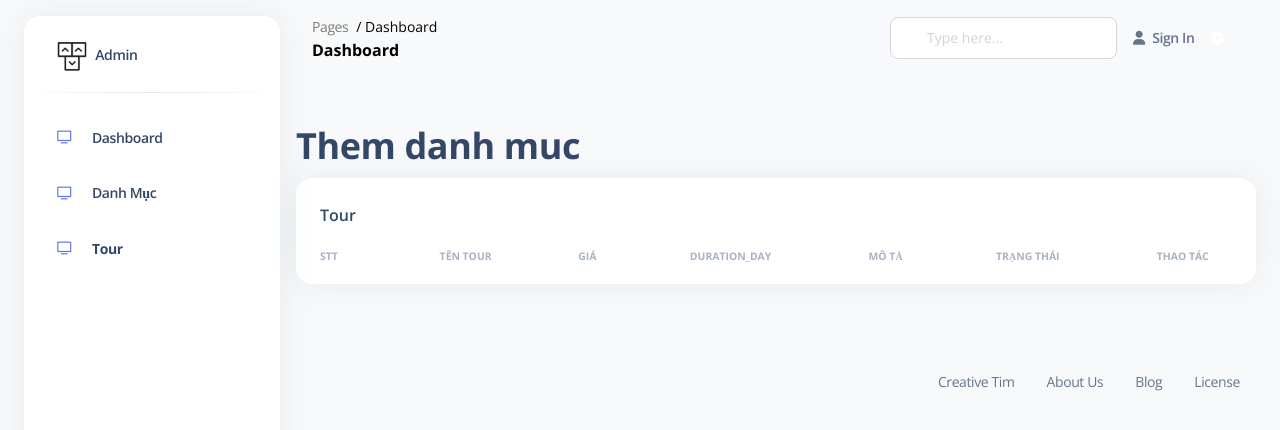
Repository: DODUCHUY195/du_an_1_nhom2
Page: http://localhost/du_an_11/app/index.php?route=/tours
The author's editor kept a copy of each file at every save. The page is drawn from the files as they stood at one save, then again after the next save.
The browser window is 1280 px wide. The pictures show the whole page.
Some web libraries are served in a nearby version. The page is run by PHP 8.4 with error messages shown; the project is at /var/www/html/. Queries for data that is not in the repository find no rows.

Above is the page before, as saved 2025-11-20 15:27:04.

### app/index.php

<?php
// DEV: hiển thị lỗi tạm thời để debug
ini_set('display_errors', 1);
error_reporting(E_ALL);

// start session
if (session_status() === PHP_SESSION_NONE) {
    session_start();
}

// định nghĩa APP_PATH trỏ tới /app
define('APP_PATH', __DIR__); // nếu file đang ở /app/admin thì APP_PATH -> .../du_an_11/app

// require các file chung
require_once APP_PATH . '/commons/env.php';
require_once APP_PATH . '/commons/function.php';





// ----- require tất cả models -----
$models = [
    APP_PATH . '/models/BaseModel.php',
    APP_PATH . '/models/Booking.php',
    APP_PATH . '/models/Category.php',
    APP_PATH . '/models/Guide.php',
    APP_PATH . '/models/Schedule.php',
    APP_PATH . '/models/Tour.php',
    APP_PATH . '/models/User.php',
];

foreach ($models as $mFile) {
    if (!file_exists($mFile)) {
        die("Required model not found: $mFile");
    }
    require_once $mFile;
}

// ----- require tất cả controllers -----
$controllers = [

    APP_PATH . '/controllers/BookingController.php',
    APP_PATH . '/controllers/AuthController.php',
    APP_PATH . '/controllers/BookingController.php',
    APP_PATH . '/controllers/CategoryController.php',
    APP_PATH . '/controllers/GuideController.php',
    APP_PATH . '/controllers/HomeController.php',
    APP_PATH . '/controllers/ScheduleController.php',
    APP_PATH . '/controllers/TourController.php',
];

foreach ($controllers as $cFile) {
    if (!file_exists($cFile)) {
        die("Required controller not found: $cFile");
    }
    require_once $cFile;
}

// tiếp phần route...


// ====== ROUTE: lấy từ query string, fallback /home ======
// gọi url như: index.php?route=/tours/create

$route = $_GET['route'] ?? null;
if ($route === null) {
    $uri = parse_url($_SERVER['REQUEST_URI'], PHP_URL_PATH);
    $base = rtrim(dirname($_SERVER['SCRIPT_NAME']), '/\\'); // /du_an_11/app/admin
    $route = '/' . trim(substr($uri, strlen($base)), '/');
}
$route = $route === '' ? '/home' : $route;

// Hàm helper: an toàn gọi controller->method
function callController($class, $method = 'index', $params = [])
{
    if (!class_exists($class)) {
        echo "Controller class '{$class}' không tồn tại.";
        return;
    }
    $c = new $class();
    if (!method_exists($c, $method)) {
        echo "Method '{$method}' không tồn tại trong {$class}.";
        return;
    }
    call_user_func_array([$c, $method], $params);
}

// ====== Router ======
switch ($route) {
    case '/user':
        callController('HomeController', 'user');
        break;
    case '/':
        callController('HomeController', 'home');
        break;
    case '/manager':
        callController('HomeController', 'manager');
        break;
    case '/login':
        callController('AuthController', 'login');
        break;
    case '/logout':
        callController('AuthController', 'logout');
        break;
    case '/register':
        callController('AuthController', 'register');
        break;

    case '/tours':
        callController('TourController', 'index');
        break;
    case '/tours/create':
        callController('TourController', 'create');
        break;
    case '/tours/edit':
        // lấy id từ GET: index.php?route=/tours/edit&id=123
        $id = $_GET['id'] ?? null;
        callController('TourController', 'edit', [$id]);
        break;

    case '/schedules':
        callController('ScheduleController', 'index');
        break;
    case '/schedules/create':
        callController('ScheduleController', 'create');
        break;
    case '/schedules/edit':
        $id = $_GET['id'] ?? null;
        callController('ScheduleController', 'edit', [$id]);
        break;

    case '/guides':
        callController('GuideController', 'index');
        break;
    case '/guides/create':
        callController('GuideController', 'create');
        break;
    case '/guides/edit':
        $id = $_GET['id'] ?? null;
        callController('GuideController', 'edit', [$id]);
        break;

    case '/categories':
        callController('CategoryController', 'index');
        break;
    case '/categories/addForm':
        callController('CategoryController', 'addForm');
        break;
    case '/categories/postAdd':
        callController('CategoryController', 'postAdd');
        break;
    case '/categories/postEdit':
        callController('CategoryController', 'postEdit');
        break;
    case '/categories/editForm':
        callController('CategoryController', 'editForm');
        break;
    case '/bookings':
        callController('BookingController', 'index');
        break;
    case '/bookings/create':
        callController('BookingController', 'create');
        break;

    case '/admin/bookings':
        callController('AdminBookingController', 'index');
        break;
    case '/admin/bookings/update':
        // update status thường nên dùng POST; lấy id/status từ POST
        callController('AdminBookingController', 'updateStatus', [$_POST ?? []]);
        break;

    default:
        echo "<h1>Welcome</h1><p><a href='?route=/tours'>Tours</a></p>";
}

### app/commons/env.php
<?php
define('BASE_URL', 'http://localhost/du_an_11/app/');
define('BASE_URL_ADMIN', 'http://localhost/du_an_11/admin/');

define('DB_HOST','localhost');
define('DB_PORT','3306');

define('DB_USERNAME','root');

define('DB_PASSWORD','');

define('DB_NAME','du_an_test');

define('PATH_ROOT', __DIR__ . '/../');

define('PATH_VIEW', __DIR__ . '/../views');

?>

### app/commons/function.php
<?php
function connectDB(){
    $host = DB_HOST;
    $port = DB_PORT;
    $dbname = DB_NAME;
    try{
        $conn = new PDO("mysql:host=$host;port=$port;dbname=$dbname", DB_USERNAME, DB_PASSWORD);
        $conn->setAttribute(PDO::ATTR_ERRMODE,PDO::ERRMODE_EXCEPTION);
        $conn->setAttribute(PDO::ATTR_DEFAULT_FETCH_MODE,PDO::FETCH_ASSOC);
        return $conn;
    }catch(PDOException $e){
        echo("Connection Failed:".$e->getMessage());
        return null;
    }
}

function uploadfile($file, $uploadDir){
    if ($file['error'] !== UPLOAD_ERR_OK) return false;
    $fileName = basename($file['name']);
    $ext = strtolower(pathinfo($fileName, PATHINFO_EXTENSION));
    $allowed = ['jpg','jpeg','png','gif'];
    if (!in_array($ext, $allowed)) return false;
    if (!is_dir($uploadDir)) mkdir($uploadDir, 0755, true);
    $newFileName = uniqid() . '.' . $ext;
    $dest = rtrim($uploadDir, '/') . '/' . $newFileName;
    if (move_uploaded_file($file['tmp_name'], $dest)) return $newFileName;
    return false;
}

function deletefile($filePath){
    if(file_exists($filePath)) { unlink($filePath); return true; }
    return false;
}

function active($route) {
    $current = $_GET['route'] ?? '/';
    return $current === $route
        ? "font-bold text-blue-600 bg-blue-100"
        : "text-slate-600 hover:text-blue-600";
}

?>

### app/models/BaseModel.php
<?php
class BaseModel {
    protected $db;
     public function __construct(){
        $this->db = connectDB();
     }
    }

### app/models/Booking.php
<?php
class Booking extends BaseModel { public function all(){ $stmt = $this->db->query('SELECT b.*, s.depart_date, t.tour_name, u.full_name FROM booking b JOIN tour_schedule s ON b.schedule_id=s.schedule_id JOIN tour t ON s.tour_id=t.tour_id JOIN users u ON b.customer_id=u.user_id ORDER BY b.created_at DESC'); return $stmt->fetchAll(); } public function create($data){ $stmt = $this->db->prepare('INSERT INTO booking (booking_code,schedule_id,customer_id,num_adults,num_children,total_amount,deposit_amount,status) VALUES(:booking_code,:schedule_id,:customer_id,:num_adults,:num_children,:total_amount,:deposit_amount,:status)'); return $stmt->execute($data); } }

### app/models/Category.php
<?php
class Category extends BaseModel
{
    public function getAllDanhMuc()
    {
        try {
            $sql = 'SELECT * FROM category';
            $stmt = $this->db->prepare($sql);
            $stmt->execute();
            return $stmt->fetchAll();
        } catch (Exception $e) {
            echo 'loi' . $e->getMessage();
        }
    }

     public function getDetailDanhMuc($id)
    {
        try {
            $sql = 'SELECT * FROM category WHERE category_id= :category_id';
            $stmt = $this->db->prepare($sql);
            $stmt->execute([
                ':category_id' => $id

            ]);
            return $stmt->fetch(PDO::FETCH_ASSOC);
        } catch (Exception $e) {
            echo 'loi' . $e->getMessage();
        }
    }

    public function insertDanhMuc($ten_danh_muc, $mo_ta)
    {
        try {
            $sql = 'INSERT INTO  category (category_name,description)
                    VALUES (:category_name,:description)
            ';
            $stmt = $this->db->prepare($sql);
            $stmt->execute([
                ':category_name' => $ten_danh_muc,
                ':description' => $mo_ta
            ]);
            return true;
        } catch (Exception $e) {
            echo 'loi' . $e->getMessage();
        }
    }

    public function updateDanhMuc($id, $ten_danh_muc, $mo_ta)
    {
        try {
            $sql = 'UPDATE  category SET category_name = :category_name,description = :description WHERE category_id = :category_id';
            $stmt = $this->db->prepare($sql);
            $stmt->execute([
                ':category_id' => $id,
                ':category_name' => $ten_danh_muc,
                ':description' => $mo_ta,

            ]);
            return true;
        } catch (Exception $e) {
            echo 'loi' . $e->getMessage();
        }
    }

}

### app/models/Guide.php
<?php
class Guide extends BaseModel {
    public function all(){
        $stmt = $this->db->query('SELECT g.*, u.full_name AS user_name FROM guide g LEFT JOIN users u ON g.user_id = u.user_id ORDER BY g.created_at DESC');
        return $stmt->fetchAll();
    }
    public function find($id){
        $stmt = $this->db->prepare('SELECT * FROM guide WHERE guide_id = :id');
        $stmt->execute([':id'=>$id]); return $stmt->fetch();
    }
    public function create($data){
        $stmt = $this->db->prepare('INSERT INTO guide (user_id,license_no,note) VALUES(:user_id,:license_no,:note)');
        return $stmt->execute($data);
    }
    public function update($id,$data){
        $data[':id']=$id;
        $stmt = $this->db->prepare('UPDATE guide SET user_id=:user_id, license_no=:license_no, note=:note WHERE guide_id=:id');
        return $stmt->execute($data);
    }
}
?>

### app/models/Schedule.php
<?php
class Schedule extends BaseModel {
    public function all(){
        $stmt = $this->db->query('SELECT s.*, t.tour_name FROM tour_schedule s JOIN tour t ON s.tour_id=t.tour_id ORDER BY s.depart_date DESC');
        return $stmt->fetchAll();
    }
    public function find($id){
        $stmt = $this->db->prepare('SELECT * FROM tour_schedule WHERE schedule_id = :id');
        $stmt->execute([':id'=>$id]); return $stmt->fetch();
    }
    public function create($data){
        $stmt = $this->db->prepare('INSERT INTO tour_schedule (tour_id,depart_date,meeting_point,seats_total,seats_booked,status) VALUES(:tour_id,:depart_date,:meeting_point,:seats_total,0,:status)');
        return $stmt->execute($data);
    }
    public function update($id,$data){
        $data[':id']=$id;
        $stmt = $this->db->prepare('UPDATE tour_schedule SET tour_id=:tour_id, depart_date=:depart_date, meeting_point=:meeting_point, seats_total=:seats_total, status=:status WHERE schedule_id=:id');
        return $stmt->execute($data);
    }
}
?>

### app/models/Tour.php
<?php
class Tour extends BaseModel
{
   public function getAllTour()
    {
        try {
            $sql = 'SELECT * FROM tour';
            $stmt = $this->db->prepare($sql);
            $stmt->execute();
            return $stmt->fetchAll();
        } catch (Exception $e) {
            echo 'loi' . $e->getMessage();
        }
    }
    public function find($id)
    {
        $stmt = $this->db->prepare('SELECT * FROM tour WHERE tour_id = :id');
        $stmt->execute([':id' => $id]);
        return $stmt->fetch();
    }
    public function insert($data)
    {
        $stmt = $this->db->prepare('INSERT INTO tour (category_id,tour_code,tour_name,price,duration_days,description,status) VALUES(:category_id,:tour_code,:tour_name,:price,:duration_days,:description,:status)');
        return $stmt->execute($data);
    }
    public function update($id, $data)
    {
        $data[':id'] = $id;
        $stmt = $this->db->prepare('UPDATE tour SET category_id=:category_id,tour_code=:tour_code,tour_name=:tour_name,price=:price,duration_days=:duration_days,description=:description,status=:status WHERE tour_id=:id');
        return $stmt->execute($data);
    }
}

### app/models/User.php
<?php
class User extends BaseModel {
    public function findByEmail($email){ $stmt = $this->db->prepare('SELECT * FROM users WHERE email = :e LIMIT 1'); $stmt->execute([':e'=>$email]); return $stmt->fetch(); }
    public function create($data){ $stmt = $this->db->prepare('INSERT INTO users (full_name,email,phone,password,role,activated) VALUES(:n,:e,:p,:pw,:r,:a)'); return $stmt->execute($data); }
}

### app/controllers/BookingController.php
<?php
class BookingController
{
    public function index()
    {

    }
    public function create()
    {

    }
}

### app/controllers/AuthController.php
<?php
class AuthController
{
    public function login()
    {

    }
    public function logout()
    {

    }
    public function register()
    {

    }
}

### app/controllers/CategoryController.php
<?php
class CategoryController
{
    public $modelDanhMuc;
    public function __construct()
    {
        $this->modelDanhMuc = new Category();
    }
    public function index()
    {
        $listDanhMuc = $this->modelDanhMuc->getAllDanhMuc();
        require_once './views/category/index.php';
    }

    public function addForm()
    {

            require_once './views/category/addForm.php';

    }

    public function postAdd(){
        if($_SERVER['REQUEST_METHOD']== 'POST'){
            $ten_danh_muc = $_POST['category_name'];
            $mo_ta = $_POST['description'];
            $errors = [];



                $this->modelDanhMuc->insertDanhMuc($ten_danh_muc,$mo_ta);
                header("Location: ". BASE_URL . '?route=/categories' );
                exit();

                 require_once './views/category/addForm.php';

        }
    }
    public function editForm()
    {
        $id = $_GET['category_id'];
        $danhMuc = $this->modelDanhMuc->getDetailDanhMuc($id);

            require_once './views/category/editForm.php';

    }

public function postEdit(){
        if($_SERVER['REQUEST_METHOD']== 'POST'){
            $id = $_POST['category_id'] ?? null;
            $ten_danh_muc = $_POST['category_name'] ?? null;
            $mo_ta = $_POST['description'] ?? null;
            $errors = [];
            if(empty($ten_danh_muc)){
                $errors['category_name']='Tên danh mục không đc để trống';
            }


                $this->modelDanhMuc->updateDanhMuc($id,$ten_danh_muc,$mo_ta);
                header("Location: ". BASE_URL . '?route=/categories' );
                exit();

                $danhMuc = ['category_id'=>$id, 'category_name'=>$ten_danh_muc,'description'=>$mo_ta];
                 require_once './views/category/editForm.php';

        }

    }
}

### app/controllers/GuideController.php
<?php
class GuideController
{
    public function index()
    {

    }
    public function create()
    {

    }
    public function edit($id)
    {

    }
}

### app/controllers/HomeController.php
<?php
class HomeController
{
    public function home()
    {
        require_once './views/home.php';

    }

    public function manager()
    {
        require_once './views/manager.php';
    }

    public function user()
    {
       require_once './views/user.php';
    }
}

### app/controllers/ScheduleController.php
<?php
class ScheduleController
{
    public function index()
    {

    }
    public function create()
    {

    }
    public function edit($id)
    {

    }
}

### app/controllers/TourController.php
<?php
class TourController
{
    public $modelTour;
    public function __construct()
    {
        $this->modelTour = new Tour();
    }
    public function index()
    {
         $listTour = $this->modelTour->getAllTour();
        require_once './views/tours/index.php';
    }
    public function create()
    {
        require_once './views/tours/addForm.php';
    }

    public function edit() {

    }
}

### app/views/tours/index.php
<?php require_once "./views/layouts/admin/header.php"; ?>

<?php require_once  "./views/layouts/admin/sidebar.php"; ?>

<main class="relative h-full max-h-screen transition-all xl:ml-68 rounded-xl">

  <?php require_once  "./views/layouts/admin/navbar.php"; ?>

  <div class="w-full px-6 py-6 mx-auto">
    <h2><a href="<?= BASE_URL . '?route=/categories/addForm' ?>">Them danh muc</a></h2>
    <div class="flex flex-wrap -mx-3">
      <div class="flex-none w-full max-w-full px-3">
        <div class="relative flex flex-col min-w-0 mb-6 break-words bg-white border-0 border-transparent border-solid shadow-xl dark:bg-slate-850 dark:shadow-dark-xl rounded-2xl bg-clip-border">
          <div class="p-6 pb-0 mb-0 border-b-0 border-b-solid rounded-t-2xl border-b-transparent">
            <h6 class="dark:text-white">Tour</h6>
          </div>
          <div class="flex-auto px-0 pt-0 pb-2">
            <div class="p-0 overflow-x-auto">
              <table class="items-center w-full mb-0 align-top border-collapse dark:border-white/40 text-slate-500">
                <thead class="align-bottom">
                  <tr>
                    <th class="px-6 py-3 font-bold text-left uppercase align-middle bg-transparent border-b border-collapse shadow-none dark:border-white/40 dark:text-white text-xxs border-b-solid tracking-none whitespace-nowrap text-slate-400 opacity-70">
                      STT
                    </th>
                    <!-- <th class="px-6 py-3 pl-2 font-bold text-left uppercase align-middle bg-transparent border-b border-collapse shadow-none dark:border-white/40 dark:text-white text-xxs border-b-solid tracking-none whitespace-nowrap text-slate-400 opacity-70">
                      Mã tour
                    </th> -->
                    <th class="px-6 py-3 font-bold text-center uppercase align-middle bg-transparent border-b border-collapse shadow-none dark:border-white/40 dark:text-white text-xxs border-b-solid tracking-none whitespace-nowrap text-slate-400 opacity-70">
                      Tên tour
                    </th>
                    <th class="px-6 py-3 font-bold text-center uppercase align-middle bg-transparent border-b border-collapse shadow-none dark:border-white/40 dark:text-white text-xxs border-b-solid tracking-none whitespace-nowrap text-slate-400 opacity-70">
                      Giá
                    </th>
                    <th class="px-6 py-3 font-bold text-center uppercase align-middle bg-transparent border-b border-collapse shadow-none dark:border-white/40 dark:text-white text-xxs border-b-solid tracking-none whitespace-nowrap text-slate-400 opacity-70">
                      Duration_day
                    </th>
                    <th class="px-6 py-3 font-bold text-center uppercase align-middle bg-transparent border-b border-collapse shadow-none dark:border-white/40 dark:text-white text-xxs border-b-solid tracking-none whitespace-nowrap text-slate-400 opacity-70">
                      Mô tả
                    </th>
                    <th class="px-6 py-3 font-bold text-center uppercase align-middle bg-transparent border-b border-collapse shadow-none dark:border-white/40 dark:text-white text-xxs border-b-solid tracking-none whitespace-nowrap text-slate-400 opacity-70">
                      Trạng thái
                    </th>

                    <th class="px-6 py-3 font-bold text-center uppercase align-middle bg-transparent border-b border-collapse shadow-none dark:border-white/40 dark:text-white text-xxs border-b-solid tracking-none whitespace-nowrap text-slate-400 opacity-70">
                      Thao tác
                    </th>

                  </tr>
                </thead>
                <tbody>


                  <tr>

                    <?php foreach ($listTour as $key => $tour): ?>
                  <tr>
                    <td><?= $key + 1 ?></td>
                    <!-- <td><?= $tour['tour_code '] ?></td> -->

                    <td><?= $tour['tour_name'] ?></td>
                    <td><?= $tour['price'] ?></td>

                    <td><?= $tour['duration_days'] ?></td>
                    <td><?= $tour['description'] ?></td>

                    <td><?= $tour['status'] ?></td>


                    <td>
                      <a class="btn btn-primary" href="">
                        Sua
                      </a>
                      <a class="btn btn-danger" href="" onclick="return confirm('Bạn có đồng ý xoá không')"><i class="fas fa-trash-alt"></i>Xoa</a>

                    </td>
                  </tr>
                <?php endforeach ?>

                </tr>


                </tbody>
              </table>
            </div>
          </div>
        </div>
      </div>
    </div>


  </div>

</main>

<?php require_once  "./views/layouts/admin/footer.php"; ?>

### app/views/layouts/admin/header.php
<!DOCTYPE html>
<html>
<head>
    <meta charset="UTF-8" />
    <meta name="viewport" content="width=device-width, initial-scale=1.0" />
    <link rel="apple-touch-icon" sizes="76x76" href="/assets/img/apple-icon.png" />
    <link rel="icon" type="image/png" href="/assets/img/favicon.png" />

    <title><?= $title ?? "Dashboard" ?></title>

    <!-- Fonts and icons -->
    <link href="https://fonts.googleapis.com/css?family=Open+Sans:300,400,600,700" rel="stylesheet" />

    <!-- Font Awesome Icons -->
    <script src="https://kit.fontawesome.com/42d5adcbca.js" crossorigin="anonymous"></script>

    <!-- Nucleo Icons -->
    <link href="/du_an_11/app/assets/css/nucleo-icons.css" rel="stylesheet" />
    <link href="/du_an_11/app/assets/css/nucleo-svg.css" rel="stylesheet" />

    <!-- Popper -->
    <script src="https://unpkg.com/@popperjs/core@2"></script>

    <!-- Main Styling -->
    <link href="/du_an_11/app/assets/css/argon-dashboard-tailwind.css?v=1.0.1" rel="stylesheet" />
</head>

<body class="m-0 font-sans text-base antialiased font-normal dark:bg-slate-900 leading-default bg-gray-50 text-slate-500">
<div class="relative w-full bg-blue-500 h-60 rounded-b-xl dark:hidden"></div>

### app/views/layouts/admin/navbar.php
<?php /* NAVBAR */ ?>

<nav class="relative flex flex-wrap items-center justify-between px-0 py-2 mx-6 mb-6 transition-all ease-in shadow-none duration-250 rounded-2xl ">
    <div class="flex items-center justify-between w-full px-4 py-1 mx-auto">

        <!-- Breadcrumb -->
        <nav>
            <ol class="flex flex-wrap pt-1 mr-12 bg-transparent rounded-lg sm:mr-16">
                <li class="text-sm leading-normal">
                    <a class="text-black opacity-50" href="javascript:;">Pages</a>
                </li>
                <li class="text-sm pl-2 capitalize leading-normal text-black before:content-['/']"
                    aria-current="page">
                    <?= $page_title ?? "Dashboard" ?>
                </li>
            </ol>
            <h6 class="mb-0 font-bold text-black capitalize"><?= $page_title ?? "Dashboard" ?></h6>
        </nav>

        <!-- RIGHT SIDE ITEMS (search, icons) -->
        <div class="flex items-center mt-2 grow sm:mt-0 sm:mr-6 md:mr-0">

            <!-- Search -->
            <div class="flex items-center md:ml-auto md:pr-4">
                <div class="relative flex">
                    <input type="text"
                           class="pl-9 text-sm bg-white border border-gray-300 rounded-lg py-2 pr-3"
                           placeholder="Type here..." />
                </div>
            </div>

            <!-- Icons -->
            <ul class="flex flex-row justify-end pl-0 mb-0 list-none">
                <li class="flex items-center">
                    <a href="#" class="px-0 py-2 text-sm font-semibold text-blue">
                        <i class="fa fa-user mr-1"></i>
                        Sign In
                    </a>
                </li>

                <li class="flex items-center px-4">
                    <a href="#" class="p-0 text-sm text-white">
                        <i class="cursor-pointer fa fa-cog"></i>
                    </a>
                </li>
            </ul>

        </div>
    </div>
</nav>

### app/views/layouts/admin/footer.php


<footer class="pt-4">
    <div class="w-full px-6 mx-auto">
        <div class="flex flex-wrap items-center -mx-3 lg:justify-between">
            <div class="w-full px-3 text-center lg:text-left">
                <div class="text-sm leading-normal text-slate-500">
                    © <?= date("Y") ?>,
                    made with <i class="fa fa-heart"></i> by Creative Tim.
                </div>
            </div>
            <div class="w-full px-3">
                <ul class="flex flex-wrap justify-center lg:justify-end">
                    <li><a href="#" class="px-4 text-sm">Creative Tim</a></li>
                    <li><a href="#" class="px-4 text-sm">About Us</a></li>
                    <li><a href="#" class="px-4 text-sm">Blog</a></li>
                    <li><a href="#" class="px-4 text-sm">License</a></li>
                </ul>
            </div>
        </div>
    </div>
</footer>

<!-- Plugins -->
<script src="/du_an_11/app/assets/js/plugins/chartjs.min.js" async></script>
<script src="/du_an_11/app/assets/js/plugins/perfect-scrollbar.min.js" async></script>
<script src="/du_an_11/app/assets/js/argon-dashboard-tailwind.js?v=1.0.1" async></script>

</body>
</html>

Loaded but not shown: app/assets/js/plugins/chartjs.min.js (library); app/assets/js/plugins/perfect-scrollbar.min.js (library); app/assets/js/argon-dashboard-tailwind.js (89 lines, source omitted); app/assets/js/perfect-scrollbar.js (36 lines, source omitted); app/assets/css/argon-dashboard-tailwind.css (4407 lines, source omitted); app/assets/css/nucleo-icons.css (597 lines, source omitted); app/views/layouts/admin/sidebar.php (59 lines, source omitted); app/assets/css/perfect-scrollbar.css (116 lines, source omitted); app/assets/css/nucleo-svg.css (135 lines, source omitted)

After the next save:
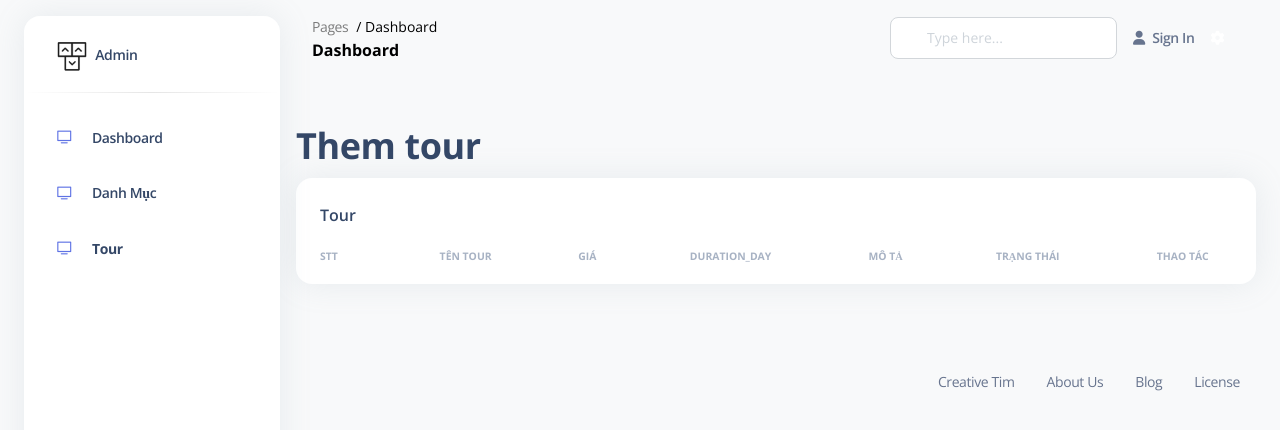
Saved 8 s later.
--- a/app/views/tours/index.php
+++ b/app/views/tours/index.php
@@ -7,7 +7,7 @@
   <?php require_once  "./views/layouts/admin/navbar.php"; ?>
 
   <div class="w-full px-6 py-6 mx-auto">
-    <h2><a href="<?= BASE_URL . '?route=/categories/addForm' ?>">Them danh muc</a></h2>
+    <h2><a href="<?= BASE_URL . '?route=/categories/addForm' ?>">Them tour</a></h2>
     <div class="flex flex-wrap -mx-3">
       <div class="flex-none w-full max-w-full px-3">
         <div class="relative flex flex-col min-w-0 mb-6 break-words bg-white border-0 border-transparent border-solid shadow-xl dark:bg-slate-850 dark:shadow-dark-xl rounded-2xl bg-clip-border">
